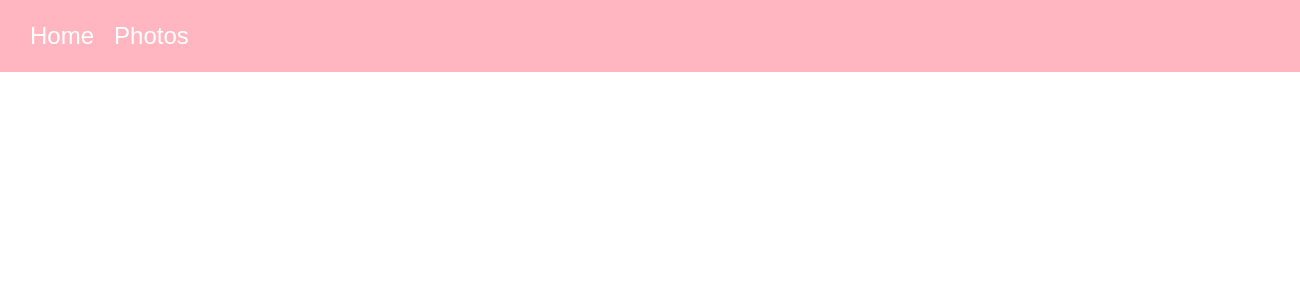
Repository: josephinel6/simple-editing
Page: navigation.html
An editor plug-in stored every save of this project. The page is shown before and after the next save, followed by the edit.
The browser window is 1280 px wide. The page is 1300 px wide, then 1292 px, so the pictures cover 1300 px, including what lies to the right of the window. The pictures show the whole page.

Above is the page before, as saved 2023-05-23 09:56:48.

### navigation.html
<html>

<head>
    <style>
        .menutab {
            margin-left: 10px;
            margin-right: 10px;
            font-family: sans-serif;
            color: white;
            text-decoration: none;
            font-weight: 500;
            font-size: 1.5em;
        }

        .menutab:hover {
            cursor: pointer;
        }
    </style>
</head>

<body style="margin: 0; padding: 0">
    <div
        style="height: 10%; width: 100%; background-color: lightpink; align-items: center; display: flex; padding-left: 20px">
        <a class="menutab" href="index.html"> Home </a>
        <a class="menutab" href="photos.html"> Photos </a>
    </div>
</body>

</html>

After the next save:
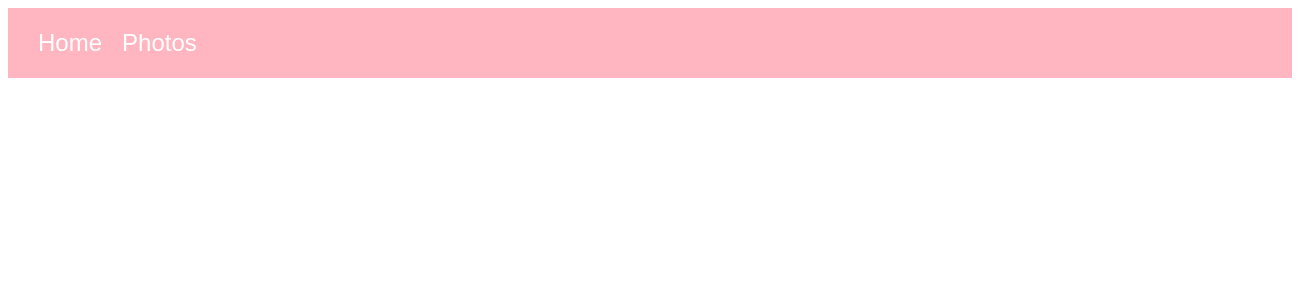
Saved 52 s later.
--- a/navigation.html
+++ b/navigation.html
@@ -18,7 +18,7 @@
     </style>
 </head>
 
-<body style="margin: 0; padding: 0">
+<body>
     <div
         style="height: 10%; width: 100%; background-color: lightpink; align-items: center; display: flex; padding-left: 20px">
         <a class="menutab" href="index.html"> Home </a>
